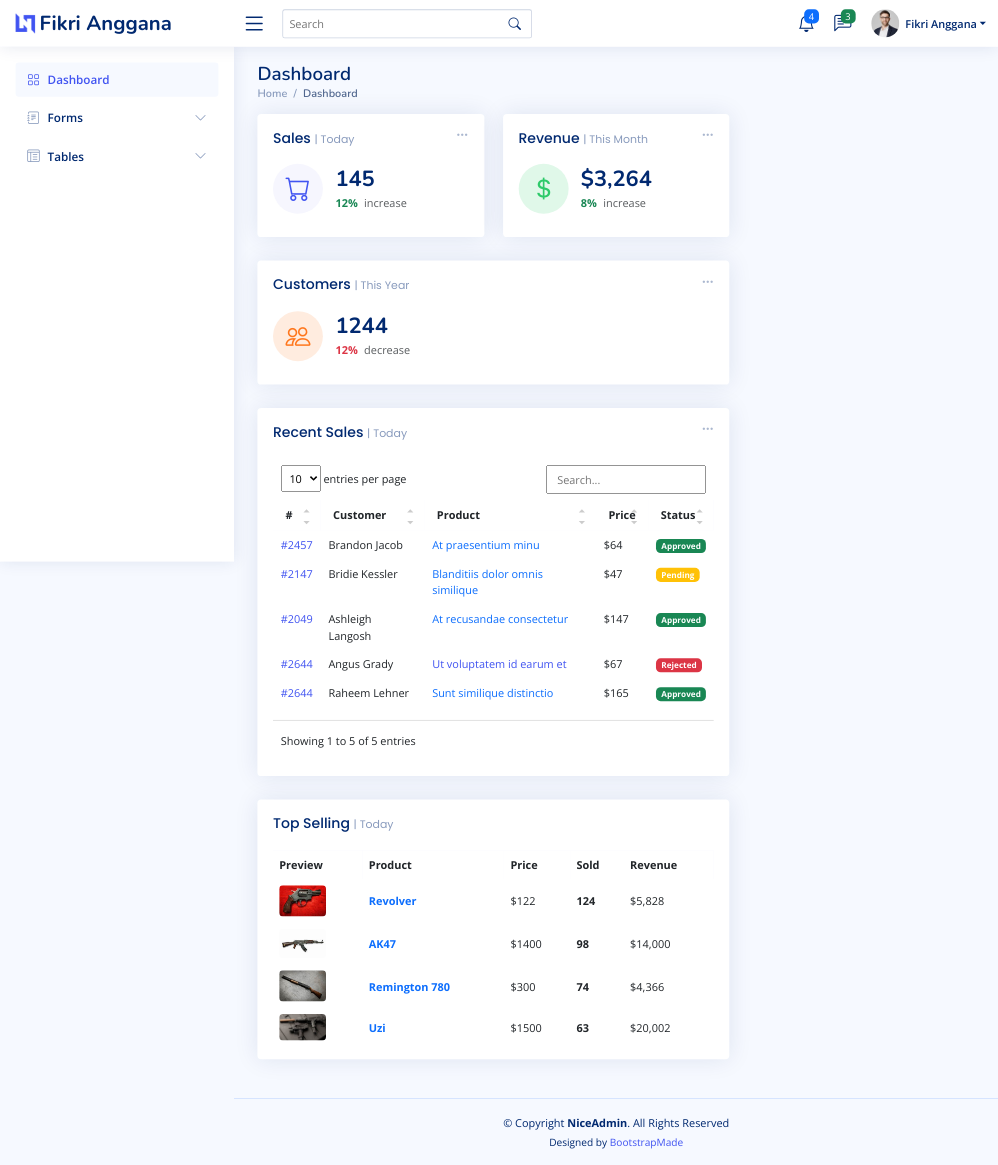
Repository: fikrianggana/PRG4_M2_P1_088
Page: NiceAdmin/index.html
The author's editor kept a copy of each file at every save. The page is drawn from the files as they stood at one save, then again after the next save.
The browser window is 1280 px wide. The pictures show the whole page, at 78% of full size.

Above is the page before, as saved 2023-09-19 23:45:14.

After the next save:
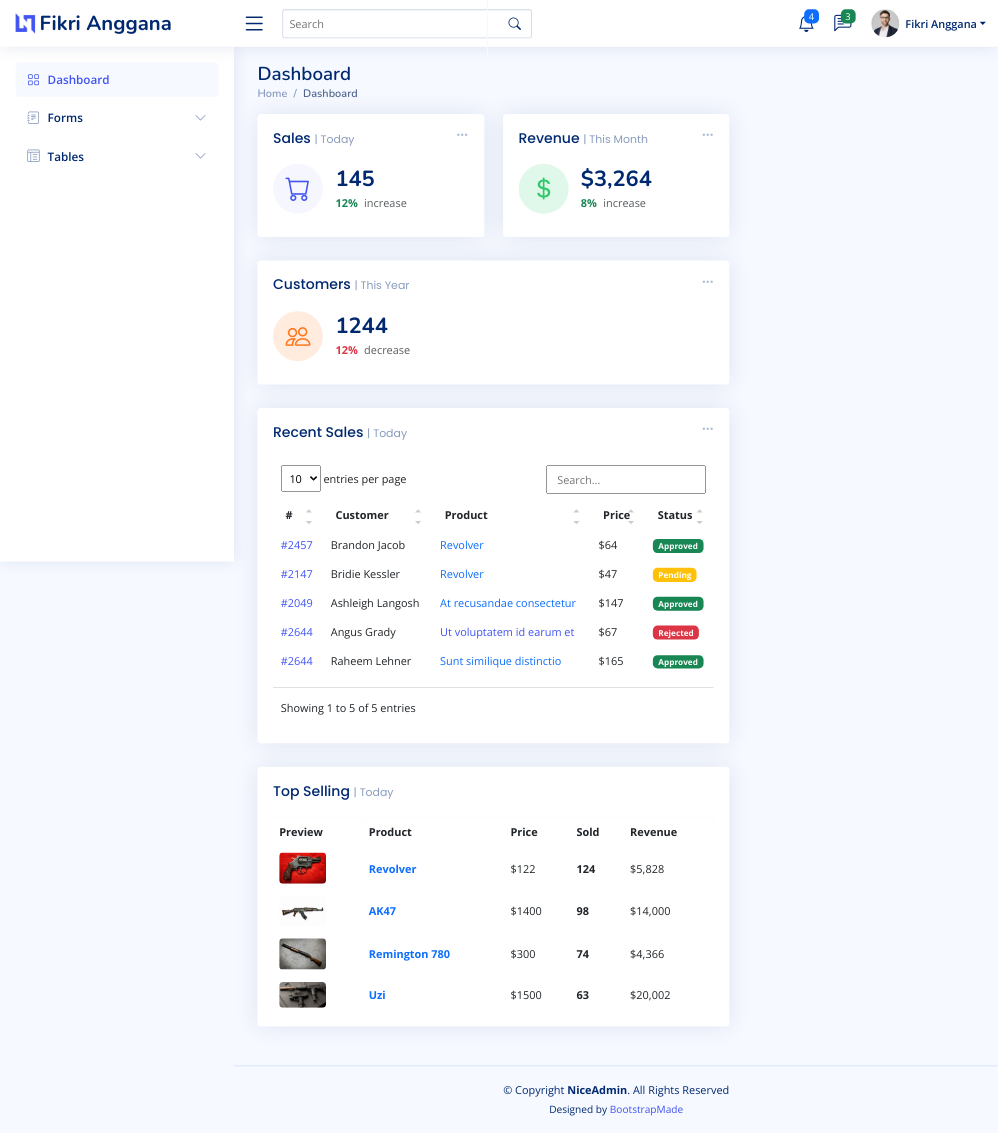
Saved 49 s later.
--- a/NiceAdmin/index.html
+++ b/NiceAdmin/index.html
@@ -468,14 +468,14 @@
                       <tr>
                         <th scope="row"><a href="#">#2457</a></th>
                         <td>Brandon Jacob</td>
-                        <td><a href="#" class="text-primary">At praesentium minu</a></td>
+                        <td><a href="#" class="text-primary">Revolver</a></td>
                         <td>$64</td>
                         <td><span class="badge bg-success">Approved</span></td>
                       </tr>
                       <tr>
                         <th scope="row"><a href="#">#2147</a></th>
                         <td>Bridie Kessler</td>
-                        <td><a href="#" class="text-primary">Blanditiis dolor omnis similique</a></td>
+                        <td><a href="#" class="text-primary">Revolver</a></td>
                         <td>$47</td>
                         <td><span class="badge bg-warning">Pending</span></td>
                       </tr>
